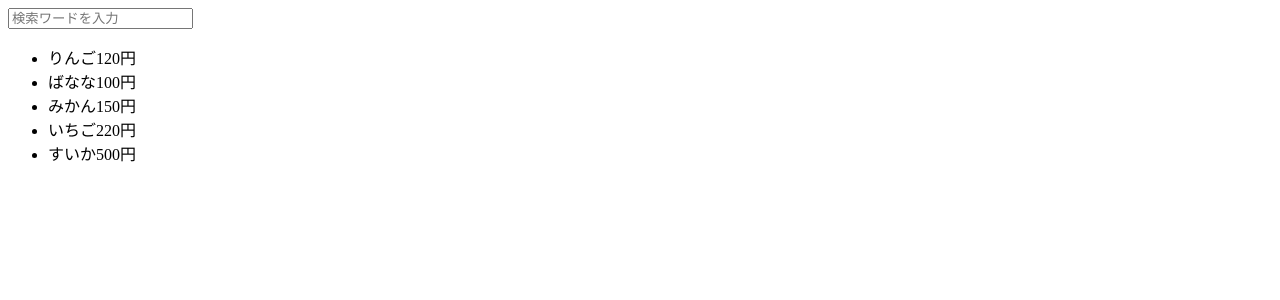
Repository: 92hisa/js-realtimeFilter
Page: index.html
The author's editor kept a record of every edit. The page is drawn from the files as they stood at one moment, then again after the next edit.
The browser window is 1280 px wide. The pictures show the whole page.

Above is the page before.
Not found: main.js

After the next edit:
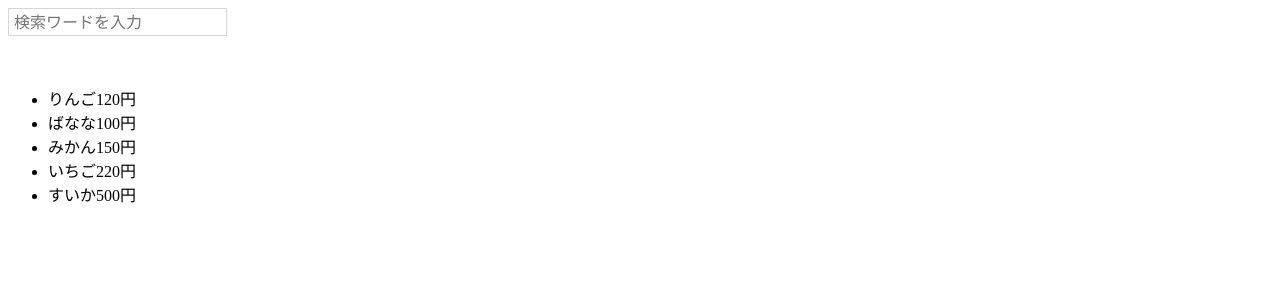
The edit:
--- a/index.html
+++ b/index.html
@@ -4,6 +4,7 @@
     <meta charset="UTF-8">
     <meta name="viewport" content="width=device-width, initial-scale=1.0">
     <meta http-equiv="X-UA-Compatible" content="ie=edge">
+    <link rel="stylesheet" href="main.css">
     <title>Document</title>
 </head>
 <body>
